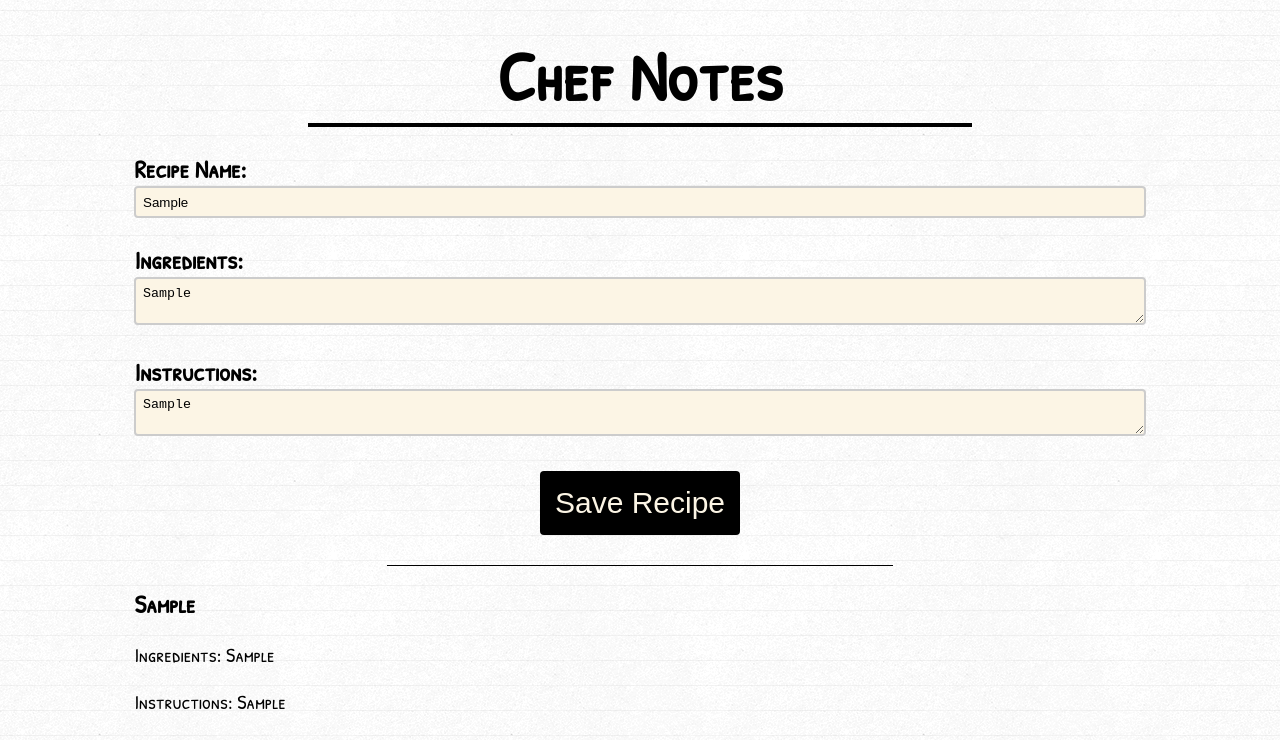
Repository: Chadloswald/RecipeSite
Page: index.html
An editor plug-in stored every save of this project. The page is shown before and after the next save, followed by the edit.
The browser window is 1280 px wide. The pictures show the whole page.
Empty fields were first filled with sample values (such as "Sample", 5 or name@example.com).
After loading, the first visible `#saveButton` was clicked once.

Above is the page before, as saved 2023-04-03 21:20:37.

After the next save:
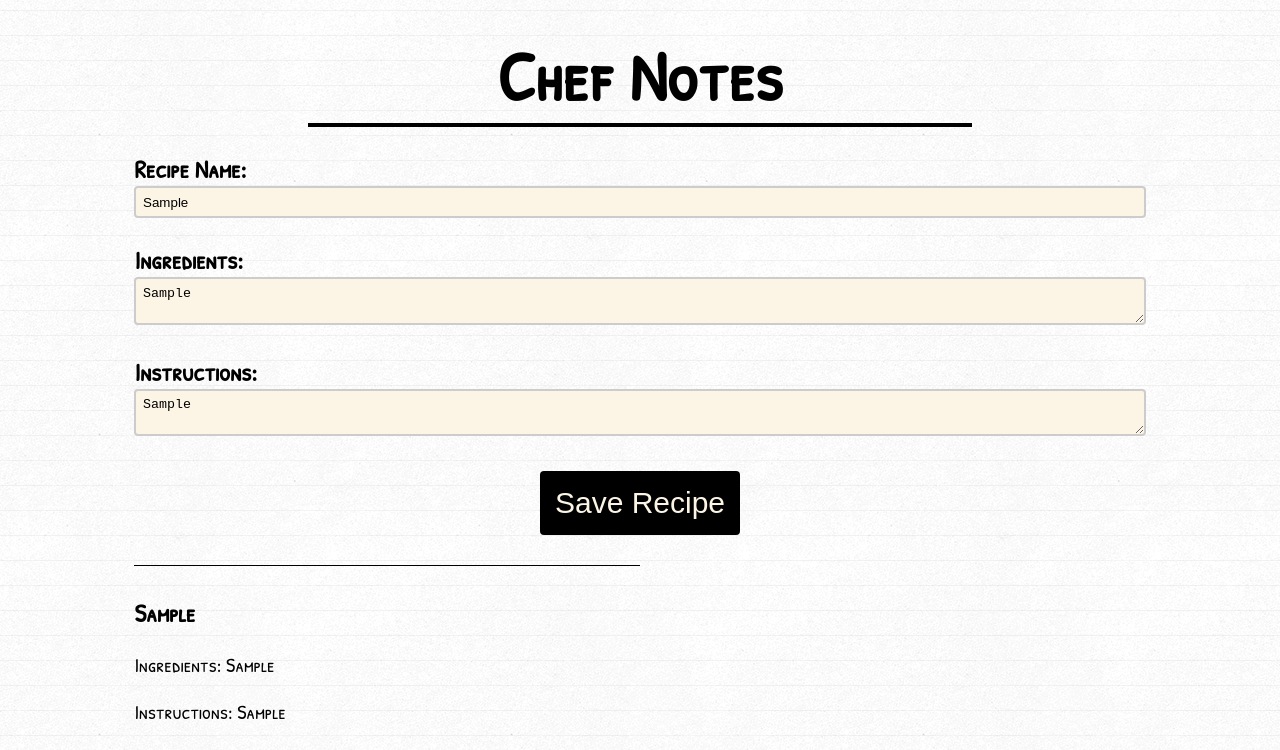
Saved 91 s later.
--- a/style.css
+++ b/style.css
@@ -80,10 +80,13 @@ p {
 }
 
 .recipe-line {
-  width: 50%;
   height: 1px;
-  margin: 0 auto;
-  background-color: black;
+	background-color: black;
+	position: relative;
+	margin-top: 30px;
+	margin-bottom: 30px;
+	left: 0;
+	width: 50%;
   display: none;
 }
 
